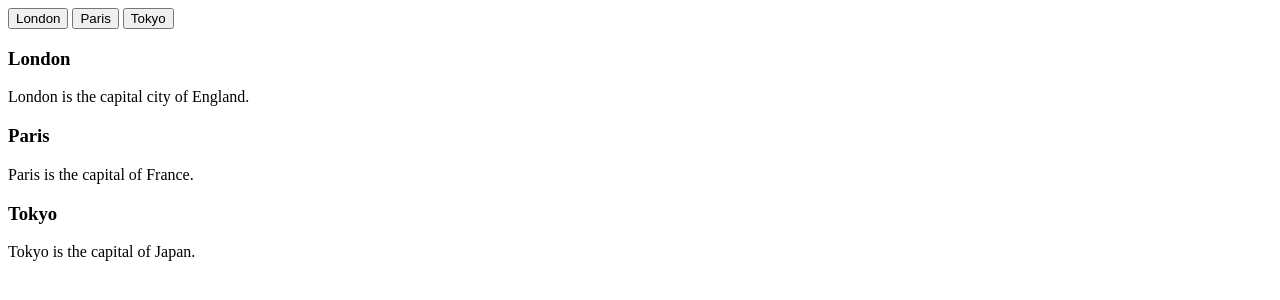
Repository: brandonhyc/note_collection
Page: 基础笔记/HTML_CSS_JS/Examples/inheritanceComponent/index.html
The author's editor kept a copy of each file at every save. The page is drawn from the files as they stood at one save, then again after a run of saves.
The browser window is 1280 px wide. The pictures show the whole page.
After loading, the first visible `div.tab` was clicked once.

Above is the page before, as saved 2019-02-15 01:08:49.
Console error: TypeError: Cannot set properties of undefined (setting 'display')

### 基础笔记/HTML_CSS_JS/Examples/inheritanceComponent/index.html
<!DOCTYPE html>
<html>
<head>
    <meta charset="utf-8" />
    <meta http-equiv="X-UA-Compatible" content="IE=edge">
    <title>Page Title</title>
    <meta name="viewport" content="width=device-width, initial-scale=1">
    <!-- <link rel="stylesheet" type="text/css" media="screen" href="main.css" /> -->

</head>
<body>



</body>
<template>
    <div class="tab">
        <button class="tablinks" value=0>London</button>
        <button class="tablinks" value=1>Paris</button>
        <button class="tablinks" value=2>Tokyo</button>
    </div>

    <!-- Tab content -->
    <div class="container">
        <div id="London" class="tabcontent" id="tabContent-1">
            <h3>London</h3>
            <p>London is the capital city of England.</p>
        </div>

        <div id="Paris" class="tabcontent" id="tabContent-2">
            <h3>Paris</h3>
            <p>Paris is the capital of France.</p>
        </div>

        <div id="Tokyo" class="tabcontent" id="tabContent-3">
            <h3>Tokyo</h3>
            <p>Tokyo is the capital of Japan.</p>
        </div>
    </div>

</template>

    <script src="inheritanceComponent.js"></script>
</html>

### 基础笔记/HTML_CSS_JS/Examples/inheritanceComponent/inheritanceComponent.js
class tabSwitcher {
    constructor(id) {
        this.id = id;
        this.node = null;
    }

    get create() {
        let temp = document.getElementsByTagName("template")[0];
        let clon = temp.content.cloneNode(true);

        clon.id = this.id;
        this.node = clon;

        let buttonsDiv = this.node.querySelector(".tab");
        buttonsDiv.addEventListener('click', this.switchTab);

        document.body.appendChild(this.node);
        return clon;
    }


    switchTab(event) {
        let index = event.target.value;
        let tabs = this.childNodes;

        // stop papergate

        // close previous tab
        for (let i = 0; i < tabs.length; i++) {
            debugger
            tabs[i].style.display = "none";
        }
        // show the tab content
        tabs[index].style.display = "contents";
    }

}


(function main() {
    let tabCompObj = new tabSwitcher("first");
    let tabComp= tabCompObj.create;


})()

After the next 2 saves:
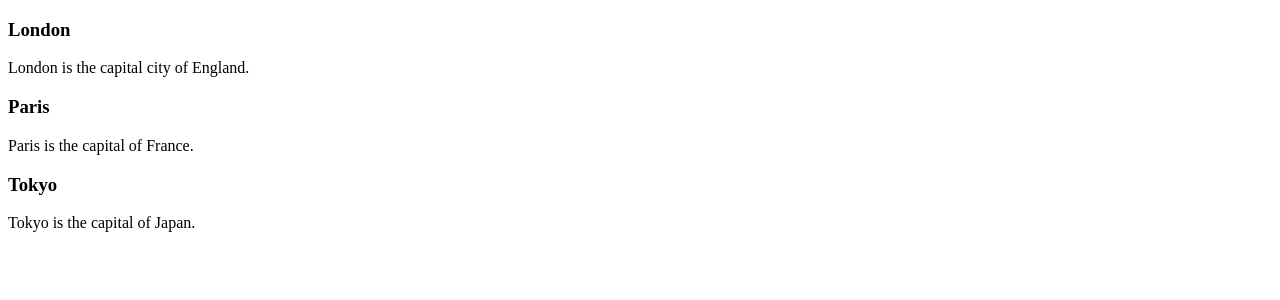
Console error: TypeError: Cannot read properties of undefined (reading 'style')
The 2 saves are shown as one change because they came seconds apart.
The last was saved 61 s later.
--- a/基础笔记/HTML_CSS_JS/Examples/inheritanceComponent/inheritanceComponent.js
+++ b/基础笔记/HTML_CSS_JS/Examples/inheritanceComponent/inheritanceComponent.js
@@ -21,7 +21,7 @@
 
     switchTab(event) {
         let index = event.target.value;
-        let tabs = this.childNodes;
+        let tabs = this.children;
 
         // stop papergate
 

After the 4 saves that followed:
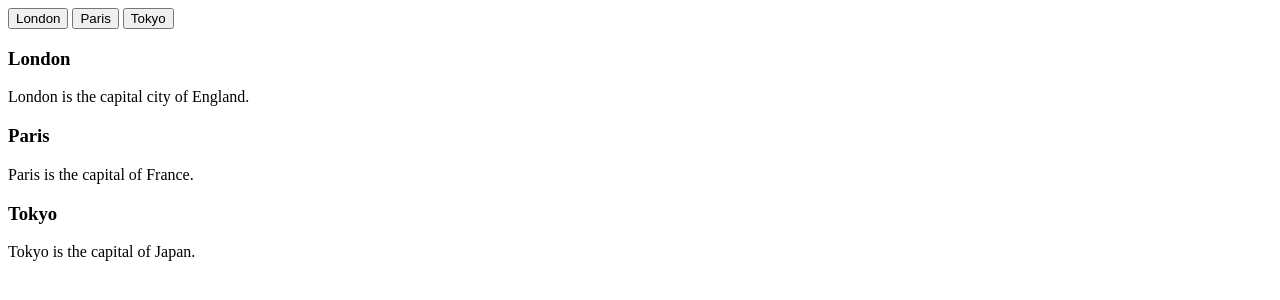
Console error: TypeError: Cannot read properties of undefined (reading 'querySelector')
The 4 saves are shown as one change because 2 left the picture as it was and some came seconds apart.
The last was saved 2 min 20 s later.
--- a/基础笔记/HTML_CSS_JS/Examples/inheritanceComponent/index.html
+++ b/基础笔记/HTML_CSS_JS/Examples/inheritanceComponent/index.html
@@ -14,27 +14,29 @@
 
 </body>
 <template>
-    <div class="tab">
-        <button class="tablinks" value=0>London</button>
-        <button class="tablinks" value=1>Paris</button>
-        <button class="tablinks" value=2>Tokyo</button>
-    </div>
-
-    <!-- Tab content -->
-    <div class="container">
-        <div id="London" class="tabcontent" id="tabContent-1">
-            <h3>London</h3>
-            <p>London is the capital city of England.</p>
+    <div class="tabSwitcher">
+        <div class="tab">
+            <button class="tablinks" value=0>London</button>
+            <button class="tablinks" value=1>Paris</button>
+            <button class="tablinks" value=2>Tokyo</button>
         </div>
 
-        <div id="Paris" class="tabcontent" id="tabContent-2">
-            <h3>Paris</h3>
-            <p>Paris is the capital of France.</p>
-        </div>
+        <!-- Tab content -->
+        <div class="container">
+            <div id="London" class="tabcontent" id="tabContent-1">
+                <h3>London</h3>
+                <p>London is the capital city of England.</p>
+            </div>
 
-        <div id="Tokyo" class="tabcontent" id="tabContent-3">
-            <h3>Tokyo</h3>
-            <p>Tokyo is the capital of Japan.</p>
+            <div id="Paris" class="tabcontent" id="tabContent-2">
+                <h3>Paris</h3>
+                <p>Paris is the capital of France.</p>
+            </div>
+
+            <div id="Tokyo" class="tabcontent" id="tabContent-3">
+                <h3>Tokyo</h3>
+                <p>Tokyo is the capital of Japan.</p>
+            </div>
         </div>
     </div>
 
--- a/基础笔记/HTML_CSS_JS/Examples/inheritanceComponent/inheritanceComponent.js
+++ b/基础笔记/HTML_CSS_JS/Examples/inheritanceComponent/inheritanceComponent.js
@@ -21,13 +21,11 @@
 
     switchTab(event) {
         let index = event.target.value;
-        let tabs = this.children;
-
+        let tabs = this.parent.querySelector(".container");
         // stop papergate
 
         // close previous tab
         for (let i = 0; i < tabs.length; i++) {
-            debugger
             tabs[i].style.display = "none";
         }
         // show the tab content
